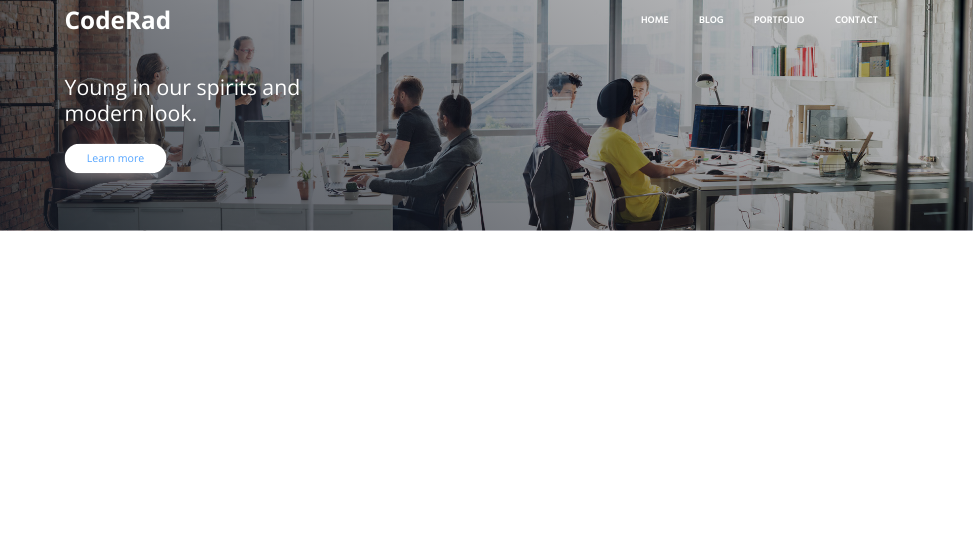
Repository: Sc-Juju/CodeRad
Page: index.html
An editor plug-in stored every save of this project. The page is shown before and after the next save, followed by the edit.
The browser window is 1280 px wide. The pictures show the whole page, at 76% of full size.

Above is the page before, as saved 2022-10-31 11:31:01.

### index.html
<!DOCTYPE html>
<html>
	<head>
		<meta charset="utf-8" />
		<meta http-equiv="X-UA-Compatible" content="IE=edge" />
		<title>CodeRad</title>
		<meta name="description" content="" />
		<meta name="viewport" content="width=device-width, initial-scale=1" />

		<link
			href="https://fonts.googleapis.com/css2?family=Open+Sans:wght@300;400;600;700&display=swap"
			rel="stylesheet"
		/>
		<link
			href="https://fonts.googleapis.com/css2?family=Hind:wght@300;400;500;600;700&display=swap"
			rel="stylesheet"
		/>

		<link rel="stylesheet" href="./css/default.css" />
		<link rel="stylesheet" href="./css/styles.css" />
		<link rel="stylesheet" href="./css/responsive.css" />
	</head>
	<body>
		<nav class="navbar nav">
			<div class="container">
				<button
					class="navbar-toggler"
					aria-expanded="false"
					aria-controls="navbarDropdown"
				>
					<span>&#9776;</span>
				</button>
				<a class="navbar-brand" href="index.html">CodeRad</a>
				<ul class="navbar-nav">
					<li class="nav-link">
						<a href="#">Home</a>
					</li>

					<li class="nav-link">
						<a href="#">Blog</a>
					</li>
					<li class="nav-link">
						<a href="#">Portfolio</a>
					</li>
					<li class="nav-link">
						<a href="#">Contact</a>
					</li>
				</ul>
			</div>
		</nav>

		<header class="bg-header">
			<div class="container">
				<div class="hero-wrapper">
					<h2 class="hero-header">
						Young in our spirits and <br />
						modern look.
					</h2>
					<a class="btn btn-white" href="#">Learn more</a>
				</div>
			</div>
		</header>
	</body>
</html>

### css/default.css
:root{
    --white:#fff;
    --black: #000;
    --font-color-base:#666;
    --font-color-dark:#212529;
    --font-color-light:#b0aebe;
    --font-color-link:#57a6ff;
    --footer:#34314b;
    --footer-base:2e2b45;
    --contrast:var(--font-color-light);
    --success: #64ecf5;
    --danger:#ff8b8d;
    --grad-1:#a1ecff;
    --grad-2:#7dbcff;


    --size-10:0.625rem;
    --size-14:0.875rem;
    --size-16:1rem;
    --size-18:1.125rem;
    --size-20:1.25rem;
    --size-30:1.875rem;
    --size-40:2.5rem;
    --size-50:3.125rem;
    --size-100:6.25rem;
    --size-150:9.375rem;
}
body{
    font-family:"Open Sans", sans-serif;
    font-weight: 400;
    font-size:0.875rem;
    line-height: 1.6;
    letter-spacing: 0;
    color: var(--font-color-base);
    margin:0;
    padding:0;
}
*,
::after,
::before{
    box-sizing: border-box;
}
ul{
    padding:0;
    margin:0;
    list-style: none;
}
a {text-decoration: none;}
p {margin-top:0;}
h2{
    font-size:1.75rem;
    font-weight:500;
    line-height:1.2;
}
img {
    width:100%;
    max-width:100%;
    vertical-align:middle;
    border-style: none;
}
.container{
    width: 100%;
    padding-left:15px;
    padding-right:15px;
    margin-right:auto;
    margin-left:auto;
}

.btn{
    display: inline-block;
    font-weight: 400;
    color: var(--font-color-dark);
    text-align: center;
    cursor: pointer;
    user-select: none;
    background-color: transparent;
    border: 1px solid transparent;
    padding: .375rem .75rem;
    border-radius:1.25rem;
    transition: ease-in-out .3s;
}
.btn-white{
    background-color: var(--white);
    color: var(--font-color-link);
    box-shadow: 0px 10px 20px rgba(255, 255, 255, .35);
    padding: .475rem 1.75rem;
}

@media (min-width:1200px){
    .container{ max-width: 1140px; }
}

### css/styles.css
.navbar{
    position: fixed;
    top: 0;
    right: 0;
    left: 0;
    z-index: 200;
    transition: ease-in-out .3s;
}
[aria-controls="navbarDropdown"]{
    display:none;
}
.navbar-nav{
    display: flex;
    align-items: center;
}
.navbar .container{
    display: flex;
    align-items: center;
}
.navbar-brand{
    margin-right:auto;
    font-size: 2rem;
    font-weight: 700;
    width: 100%;
    transition: ease-in-out .3s;
    color: var(--white);

}
.bg-header{
    background-image: url(../CodeRad-assets/bg-header-1.jpg);
    background-color: var(--footer);
    background-repeat: no-repeat;
    background-size: cover;
    background-position:50% 20%;
    position: relative;
    z-index: 1;
    padding: 4.6875rem 0;
}
.bg-header::before{
    background-image: linear-gradient(30deg,
    rgba(21,27,38, .8)0%,
    rgba(0,0,0,.2)100%);
    position: absolute;
    content:"";
    top: 0;
    left: 0;
    right: 0;
    bottom: 0;
    width: 100%;
    height: 100%;
    z-index: -1;
}
.nav-link a{
    color: var(--white);
    font-size: .8125rem;
    font-weight: 600;
    font-family: "Hind", sans-serif;
    text-transform: uppercase;
    margin-right: 2.5rem;
    line-height: 1.25rem;
}
.hero-header{
    color: var(--white);
}

Loaded but not shown: css/responsive.css (no copy from this time; the picture is the same without it)

After the next save:
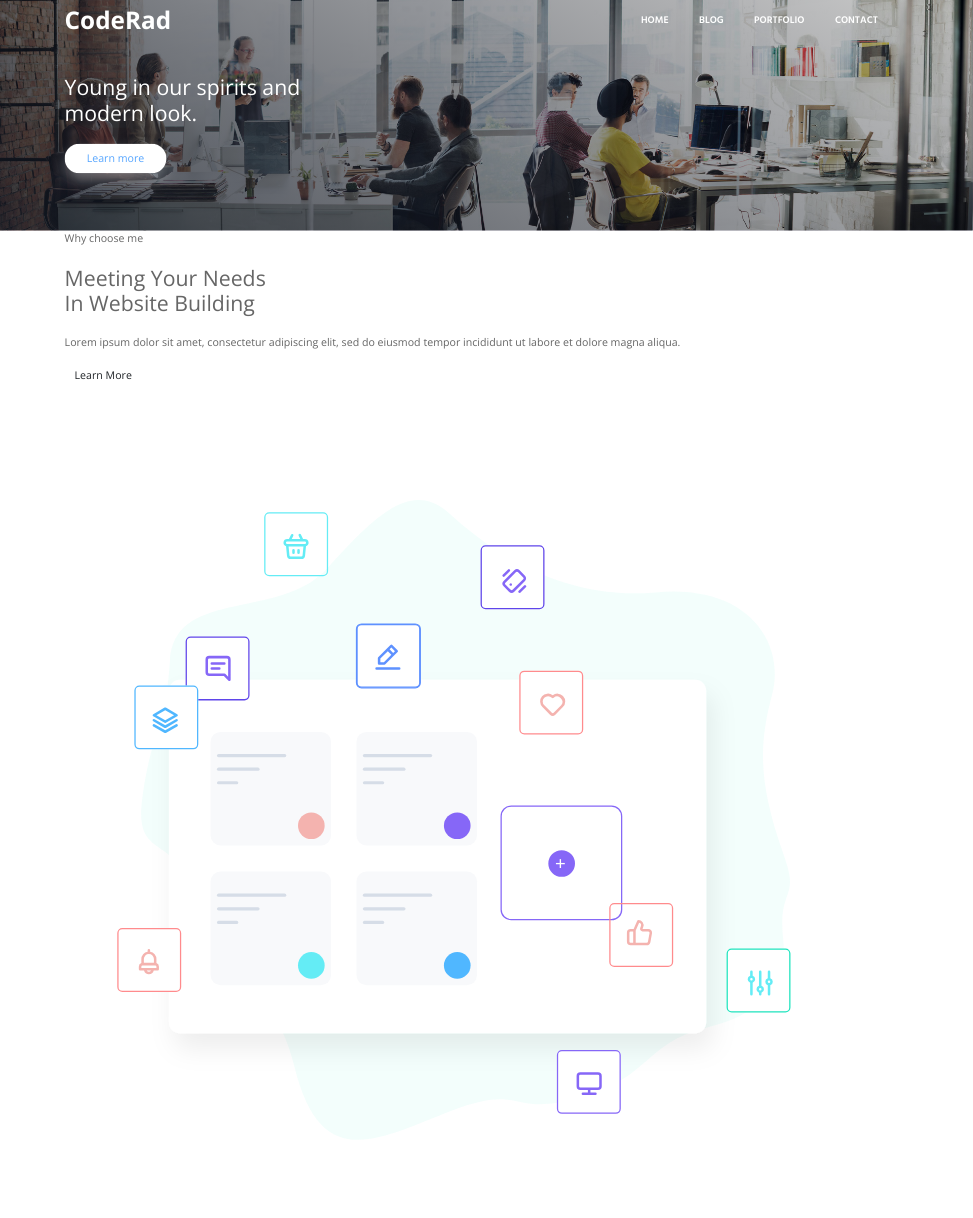
Saved 27 h 2 min later.
--- a/index.html
+++ b/index.html
@@ -60,5 +60,25 @@
 				</div>
 			</div>
 		</header>
+		<section>
+			<div class="container">
+				<div class="block-text">
+					<span>Why choose me</span>
+					<h2>
+						Meeting Your Needs <br />
+						In Website Building
+					</h2>
+					<p>
+						Lorem ipsum dolor sit amet, consectetur adipiscing elit,
+						sed do eiusmod tempor incididunt ut labore et dolore
+						magna aliqua.
+					</p>
+					<a href="" class="btn">Learn More</a>
+				</div>
+				<div>
+					<img src="./CodeRad-assets/image2.svg" alt="" />
+				</div>
+			</div>
+		</section>
 	</body>
 </html>
